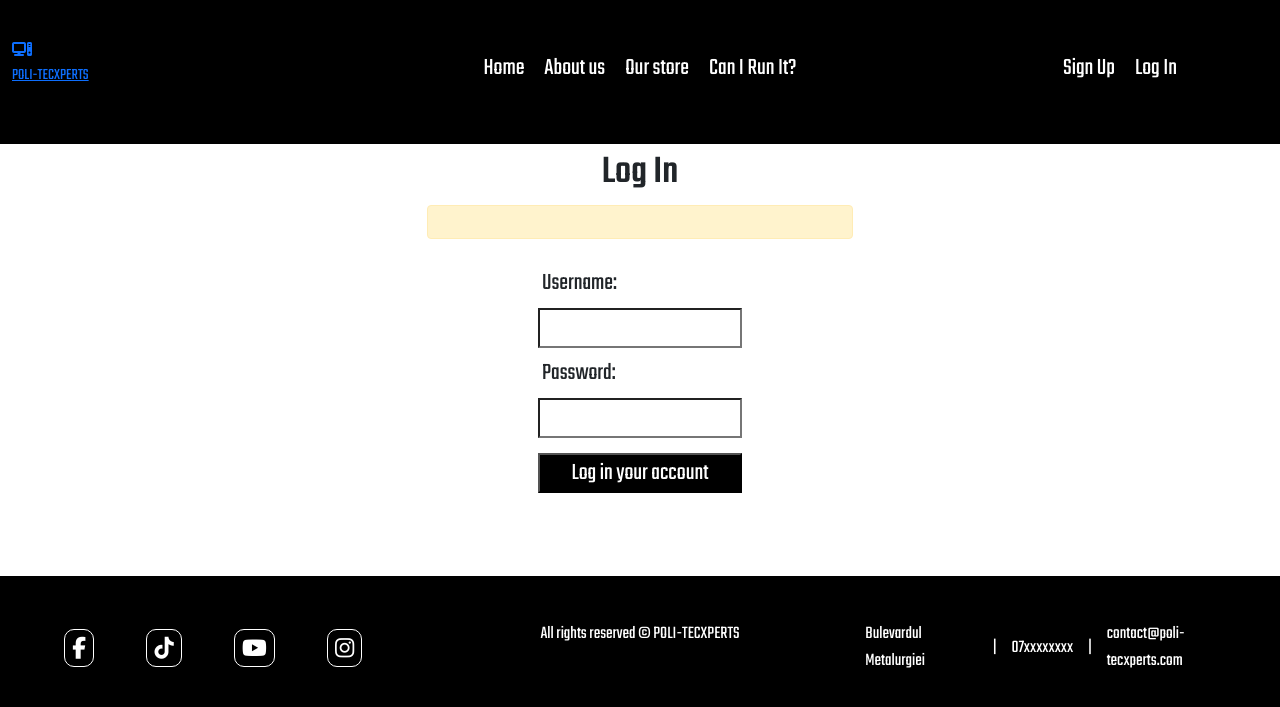
Repository: cristibtz/POLI_TECXPERTS
Page: login/login.html
These files come from the project's save history. The page is drawn as it stood at one moment and after the next save; the edit follows.
The browser window is 1280 px wide. The pictures show the whole page.

Above is the page before, as saved 2024-04-27 20:12:58.

### login/login.html
<!DOCTYPE html>
<html lang="en">
<head>
    <meta charset="UTF-8">
    <meta name="viewport" content="width=device-width, initial-scale=1.0">
    <link rel="stylesheet" href="../css/bootstrap.css">
    <link rel="stylesheet" href="../css/default.css">
    <link rel="stylesheet" href="../css/fontawesome-free-6.5.2-web/css/all.min.css">
    <link rel="stylesheet" href="../css/fontawesome-free-6.5.2-web/css/fontawesome.min.css">
    <link rel="stylesheet" href="../css/forms.css">
    <script src="../js/jquery.js"></script>
    <title>POLI-TECXPERTS</title>

</head>
<body>
    <div class="header">
        <div class="container-fluid">
            <div class="row">
                <div class="col-md-3">
                    <div class="logo">
                        <a href="index.html" id="logo">
                            <i class="fa-solid fa-computer"></i>
                            <p>POLI-TECXPERTS</p>
                        </a>
                    </div>
                </div>
                <div class="col-md-6">
                    <div class="navigation">
                        <ul class="menu">
                            <li><a href="../index.html">Home</a></li>
                            <li><a href="../about.html">About us</a></li>
                            <li><a href="../store.php">Our store</a></li>
                            <li><a href="../canIRunIt.html">Can I Run It?</a></li>
                        </ul>
                    </div>
                </div>
                <div class="col-md-3">
                    <div class="navigation">
                        <ul class="menu">
                            <li><a href="signup.html">Sign Up</a></li>
                            <li><a href="#">Log In</a></li>
                        </ul>
                    </div>
                </div>
            </div>
        </div>
    </div>
    <div class="content">
        <div class="container-fluid">

            <div class="row">
                <h1>Log In</h1>
            </div>

            <div class="row">
                <div class="col-md-4"></div>
                <div class="col-md-4">

                    <div class="row alert alert-warning hidden" id="message-div">
                    </div>

                    <div class="row hidden" id="serv-resp">
                    </div>

                    <form method="post" id="login-form" class="form">
                        <div class="row">
                            <label for="username">Username: </label>
                            <input type="text" name="username" id="username">
                        </div>
                        <div class="row">
                            <label for="password">Password: </label>
                            <input type="password" name="password" id="password">
                        </div>
                        <div class="row">
                            <input type="submit" name="submit" id="submit" value="Log in your account">
                        </div>
                    </form>
                </div>
                <div class="col-md-4"></div>
            </div>
        </div>
    </div>
    <div class="footer">
        <div class="container-fluid">
            <div class="row">
                <div class="col-md-4 icons">
                    <a href=""><i class="fa-brands fa-facebook-f"></i></a>
                    <a href=""><i class="fa-brands fa-tiktok"></i></a>
                    <a href=""><i class="fa-brands fa-youtube"></i></a>
                    <a href=""><i class="fa-brands fa-instagram"></i></a>
                </div>
                <div class="col-md-4">
                    <div class="copyright">
                        All rights reserved © POLI-TECXPERTS
                    </div>
                </div>
                <div class="col-md-4 contact-info">
                    <p>Bulevardul Metalurgiei</p>
                    <p>|</p>
                    <p>07xxxxxxxx</p>
                    <p>|</p>
                    <p>contact@poli-tecxperts.com</p>
                </div>
            </div>
        </div>
    </div>
</body>

<script>

    $(document).ready(function(){
        $("#submit").click(function(e){
            e.preventDefault();
            var $form = $(this).closest(".form");
            var username = $form.find("#username").val();
            var password = $form.find("#password").val();

            let counter = 0;

            let serv_resp = document.getElementById("serv-resp");

            let message = document.getElementById("message-div");
            message.classList.add("hidden");
            message.classList.remove("visible");


            if(username === ""){
                message.innerHTML = "<p>Please enter a username</p>";
                message.classList.add("visible");
                message.classList.remove("hidden");
                counter++;
            } else if(password === ""){
                message.innerHTML = "<p>Please enter a password</p>";
                message.classList.add("visible");
                message.classList.remove("hidden");
                counter++;
            }

            if(counter === 0){
            message.classList.remove("visible");
            message.classList.add("hidden");
            $.ajax({
                url: "login.php",
                type: "POST",
                data: {
                    username: username,
                    password: password,
                    submit: true
                },
                success: function(data) {
                    if(data === 'http://localhost/POLI_TECXPERTS/user/dashboard.php'){
                        window.location.replace(data);
                    } else {
                    serv_resp.classList.add("visible");
                    serv_resp.classList.remove("hidden");
                    $('#serv-resp').html(data);
                    $form.trigger("reset");
                    window.location.href
                    }
                },
            });
        }
        });
    });

</script>

<script>
    if(window.history.replaceState) {
        window.history.replaceState(null, null, window.location.href);
    }
</script>

</html>

### css/default.css
@import url('https://fonts.googleapis.com/css2?family=Inter:wght@100..900&family=Teko:wght@300..700&display=swap');

*{
    margin: 0;
    padding: 0;
    box-sizing: border-box;
}

body {
    position: relative;
    min-height: 100vh;
    font-family: Teko, Inter;
}

.header {
    background-color: black;
    height: 20vh;
    display:flex;
    align-items: center;
    justify-content: center;
}

.navigation ul {
    list-style: none;
    display:flex;
    align-items: center;
    justify-content: center;
    margin: 0;
    padding-left: 0;
}

.navigation ul li{
    display: inline-block;
    padding: 10px;

}

.navigation ul li a{
    text-decoration: none;
    color: white;
    font-size: 24px;
}

.navigation ul li a:hover{
    text-decoration: none;
    color: black;
    background-color: rgb(255, 255, 255);
    padding: 3px;
    font-size: 26px;
    text-transform: uppercase;
}
.content {
    padding-bottom: 20vh;
}

.content h1, h2 {
    text-align: center;

}
.content h1 {
    margin-top: 5px;
}

.footer {
    height: 20vh;
    width: 100%;
    background-color: black;
    display: flex;
    align-items: center;
    justify-content: center;
    position: absolute;
    bottom: 0;
}

.copyright {
    color: white;
    text-align: center;
    font-size: 18px;
    margin: 0;
}

.contact-info {
    color: white;
    display: flex;
    align-items: center;
    justify-content: center;
    font-size: 18px;
}
.contact-info p {
    display: inline-block;
    padding-right: 15px;
    margin: 0;
}
.icons {
    display: flex;
    align-items: center;
    justify-content: space-evenly;
}
.icons i {
    color: white;
    padding: 7px;
    font-size: 22px;
    border: 1px solid white;
    border-radius: 10px;
}

### css/forms.css
form .row input {
    margin: 1vh auto;
    width: 50%;
    text-align: center;
    font-size: 24px;
    padding: 0;
    border-radius: 0;
}

.alert

form .row input:focus{
    border-radius: 0;
    outline: none;
 }

form {
    margin: 0.6rem;
}

label {
    padding: 0;
    margin: 0;
    font-size: 24px;
    margin-left: 23%;
}

#submit {
    background-color: black;
    color: white;
}

Loaded but not shown: css/bootstrap.css (library); css/fontawesome-free-6.5.2-web/css/all.min.css (library); css/fontawesome-free-6.5.2-web/css/fontawesome.min.css (library); js/jquery.js (library)

After the next save:
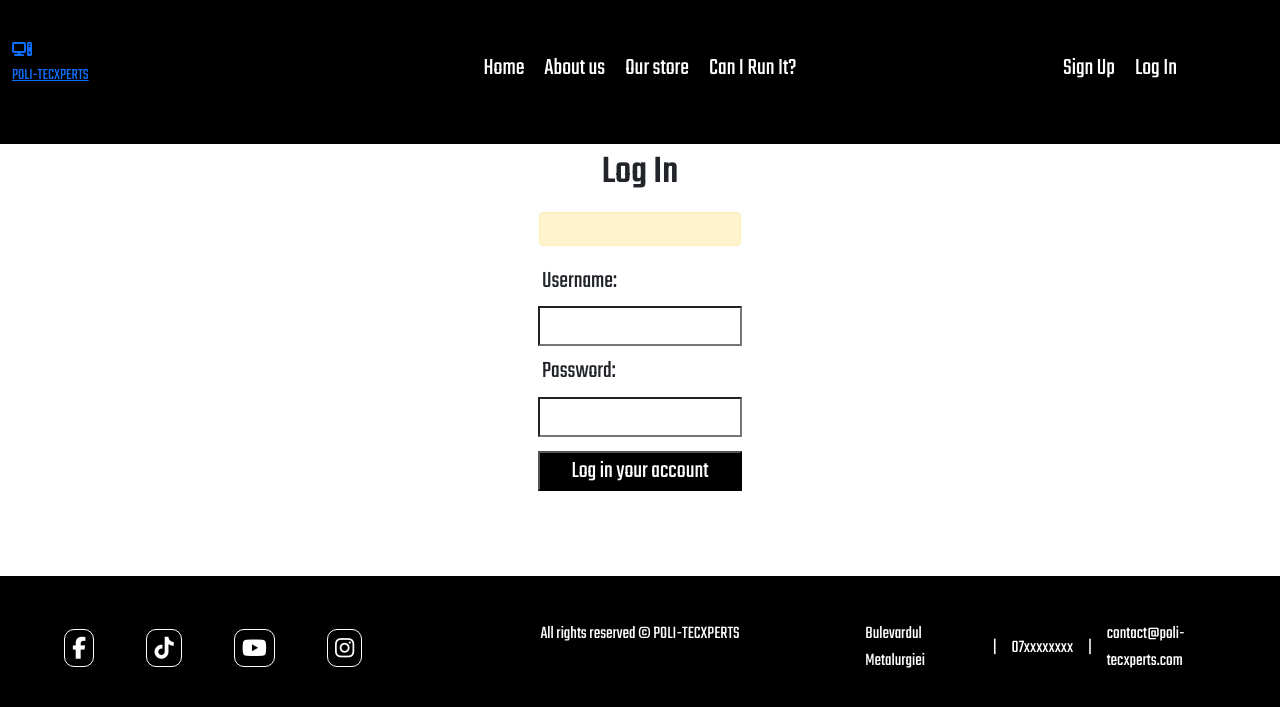
Saved 19 s later.
--- a/css/forms.css
+++ b/css/forms.css
@@ -7,7 +7,10 @@ form .row input {
     border-radius: 0;
 }
 
-.alert
+.alert {
+    margin: 1vh auto;
+    width: 50%;
+}
 
 form .row input:focus{
     border-radius: 0;
